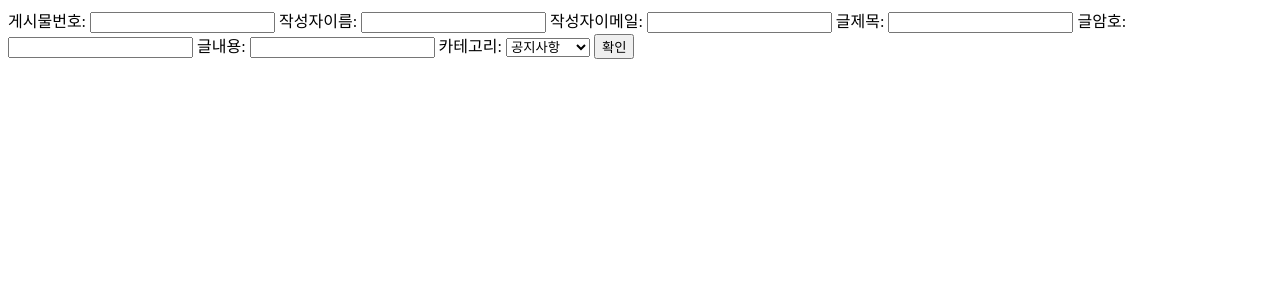
Repository: MegiLove/html_css
Page: day1130/src/main/webapp/boardTest.html
The author's editor kept a copy of each file at every save. The page is drawn from the files as they stood at one save, then again after the next save.
The browser window is 1280 px wide. The pictures show the whole page.

Above is the page before, as saved 2021-11-30 07:52:11.

### day1130/src/main/webapp/boardTest.html
<!DOCTYPE html>
<html>
<head>
<meta charset="EUC-KR">
<title>Insert title here</title>
</head>
<body>
	<form action="boardTest.jsp" method="post">
		게시물번호: <input type="text" name="number">
		작성자이름: <input type="text" name="name">
		작성자이메일: <input type="email" name="email">
		글제목: <input type="text" name="title">
		글암호: <input type="password" name="pwd">
		글내용: <input type="text" name="text">
		카테고리: <select name="category">
		<option value="공지사항">공지사항</option>
		<option value="QNA">QNA</option>
		<option value="자유게시판">자유게시판</option>
		<option value="묻고답하기">묻고답하기</option>
		</select>
		<input type="submit" value="확인">
	</form>
</body>
</html>

After the next save:
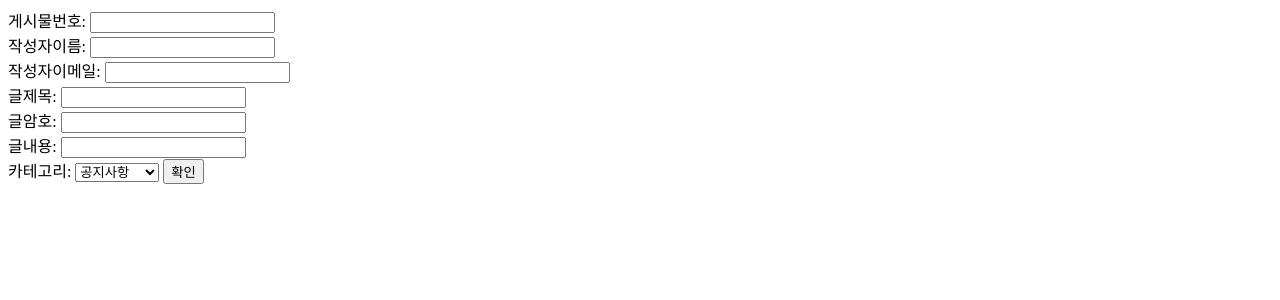
Saved 29 s later.
--- a/day1130/src/main/webapp/boardTest.html
+++ b/day1130/src/main/webapp/boardTest.html
@@ -6,12 +6,12 @@
 </head>
 <body>
 	<form action="boardTest.jsp" method="post">
-		게시물번호: <input type="text" name="number">
-		작성자이름: <input type="text" name="name">
-		작성자이메일: <input type="email" name="email">
-		글제목: <input type="text" name="title">
-		글암호: <input type="password" name="pwd">
-		글내용: <input type="text" name="text">
+		게시물번호: <input type="text" name="number"><br>
+		작성자이름: <input type="text" name="name"><br>
+		작성자이메일: <input type="email" name="email"><br>
+		글제목: <input type="text" name="title"><br>
+		글암호: <input type="password" name="pwd"><br>
+		글내용: <input type="text" name="text"><br>
 		카테고리: <select name="category">
 		<option value="공지사항">공지사항</option>
 		<option value="QNA">QNA</option>
